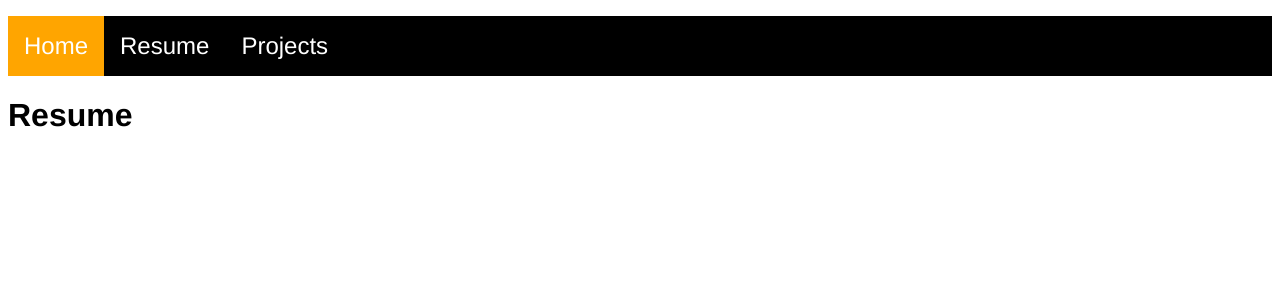
Repository: TangDylan/TangDylan.github.io
Page: resume.html
The author's editor kept a record of every edit. The page is drawn from the files as they stood at one moment, then again after the next edit.
The browser window is 1280 px wide. The pictures show the whole page.

Above is the page before.

After the next edit:
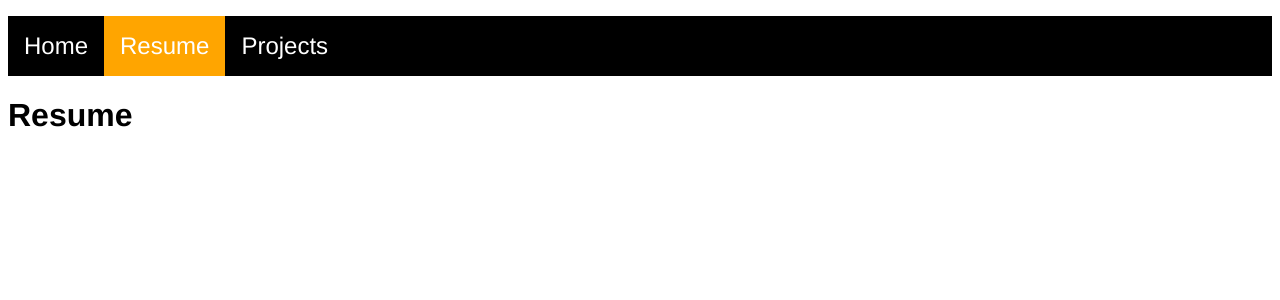
The edit:
--- a/resume.html
+++ b/resume.html
@@ -62,8 +62,8 @@
     <body>
 
       <ul class="navbar">
-        <li class="active"><a href="index.html">Home</a></li>
-        <li><a href="resume.html">Resume</a></li>
+        <li><a href="index.html">Home</a></li>
+        <li class="active"><a href="resume.html">Resume</a></li>
         <li class="dropdown">
           <div>Projects</div>
           <ul class="dropdown-content">
